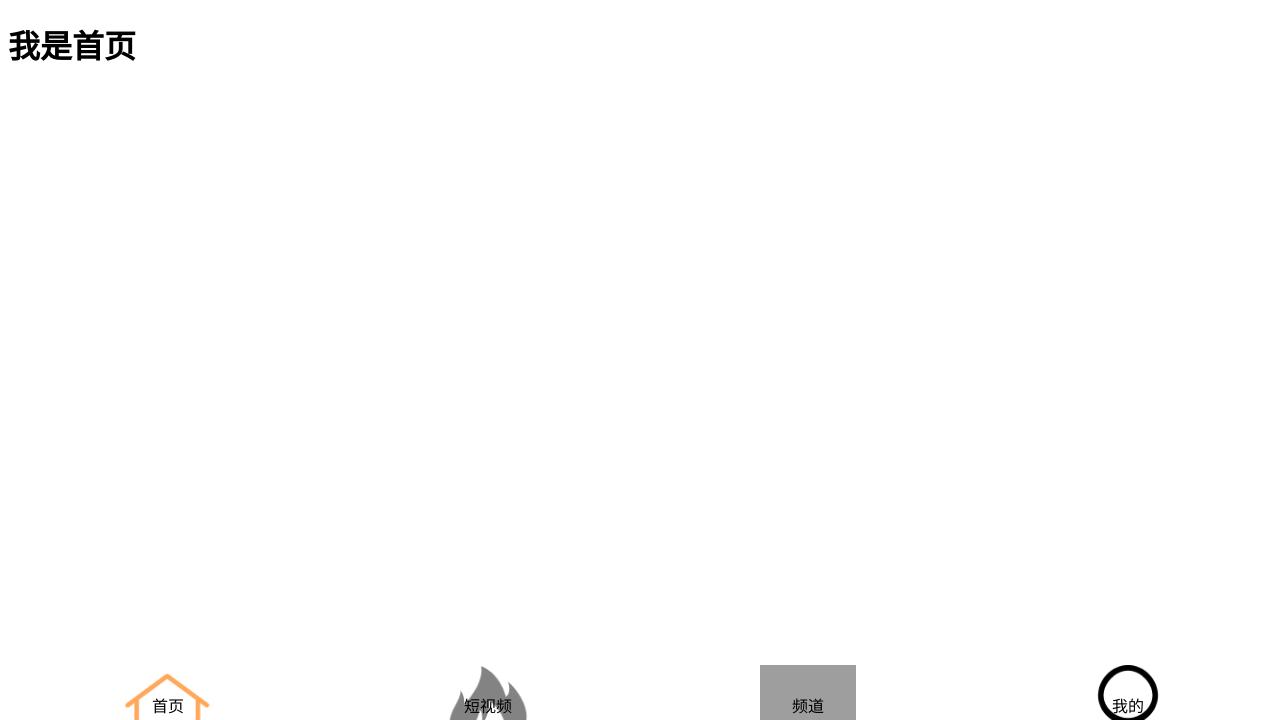
Repository: ITliuxiangyu/H51911Test
Page: video_demo/index.html
The author's editor kept a copy of each file at every save. The page is drawn from the files as they stood at one save, then again after the next save.
The browser window is 1280 px wide. The page is 1288 px wide, so the pictures cover 1288 px, including what lies to the right of the window. The pictures show the whole page.
Pictures or frames that could not be fetched are drawn as grey boxes.

Above is the page before, as saved 2019-12-20 10:24:33.

### video_demo/index.html
<!DOCTYPE html>
<html lang="en">
<head>
    <meta charset="UTF-8">
    <meta name="viewport" content="width=device-width, initial-scale=1.0">
    <meta http-equiv="X-UA-Compatible" content="ie=edge">
    <title>Document</title>
    <link rel="stylesheet" href="./css/index.css">
</head>
<body>
    <div class="app">
        <div class="app_content">
            <div class="shoueye_wrap">
                <h1>我是首页</h1>
            </div>
            <div class="duanshipin_wrap">
                <h1>我是短视频</h1>
            </div>
            <div class="pindao_wrap">
                <h1>我是频道</h1>
            </div>
            <div class="wode_wrap">
                <h1>我是我的</h1>
            </div>
        </div>
        <div class="app_tabbar">
            <div class="tabbar_item">
                <div>
                    <img src="./imgs/shouye_a.png" alt="">
                </div>
                <br />
                <span>首页</span>
            </div>
            <div class="tabbar_item">
                <div>
                    <img src="./imgs/redu.png" alt="">
                </div>
                <br />
                <span>短视频</span>
            </div>
            <div class="tabbar_item">
                <div>
                    <img src="./imgs/pindao.png" alt="">
                </div>
                <br />
                <span>频道</span>
            </div>
            <div class="tabbar_item">
                <div>
                    <img src="./imgs/wode.png" alt="">
                </div>
                <br />
                <span>我的</span>
            </div>
        </div>
    </div>
</body>
<script src="./js/jquery-3.4.1.min.js"></script>
<script src="./js/index.js"></script>
</html>

### video_demo/css/index.css
/* 页面的内容区域部分 */
.app_content{
    width: 100vw;
}
.app_tabbar{
    width: 100vw;
    height: 60px;
    position: fixed;
    bottom: 0px;
    display: flex;
}
/* 底部的四个小块 */
.tabbar_item{
    flex: 1;
    /* border: 1px solid black; */
}
.tabbar_item{
    text-align: center;
    padding-top: 5px;
}
.tabbar_item div{
    height: 10px;
}
.tabbar_item div img{
    width: 30%;
}

/* 四个模块区域 */
.app_content>div{
    width: 100%;
    height: 100%;
    display: none;
}
.app_content>div:nth-child(1){
    display: block;
}

### video_demo/js/index.js
// 内容区域的高度
var screen_h = window.screen.height
var screen_w = window.screen.width

$(".app_content").css({
    "height": screen_h - $(".app_tabbar").outerHeight() + "px"
})

// 底部导航上的图片
var one_img = $(".tabbar_item div img")
one_img.css({
    "height": one_img.width() + "px"
})

// 底部到行上的点击事件
$(".tabbar_item").click(function () {

    var that = this

    var dian_index = $(this).index()

    $(".tabbar_item").each(function (index , item)   {
        if (dian_index == index) {
            var cur_src = $(item).find("img").attr("src")
            if (cur_src.indexOf("_a") == -1) {
                $(item).find("img").attr("src" ,cur_src.replace(".png" , "_a.png"))
            }
        } else {
            var cur_src = $(item).find("img").attr("src")
            $(item).find("img").attr("src" ,cur_src.replace("_a" , ""))

        }
    })


    $(".app_content>div").each(function (index , item) {
        if ($(that).index() == index) {
            $(item).css({
                "display": "block"
            })
        } else {
            $(item).css({
                "display": "none"
            })
        }
    })
})

Loaded but not shown: video_demo/js/jquery-3.4.1.min.js (library)

After the next save:
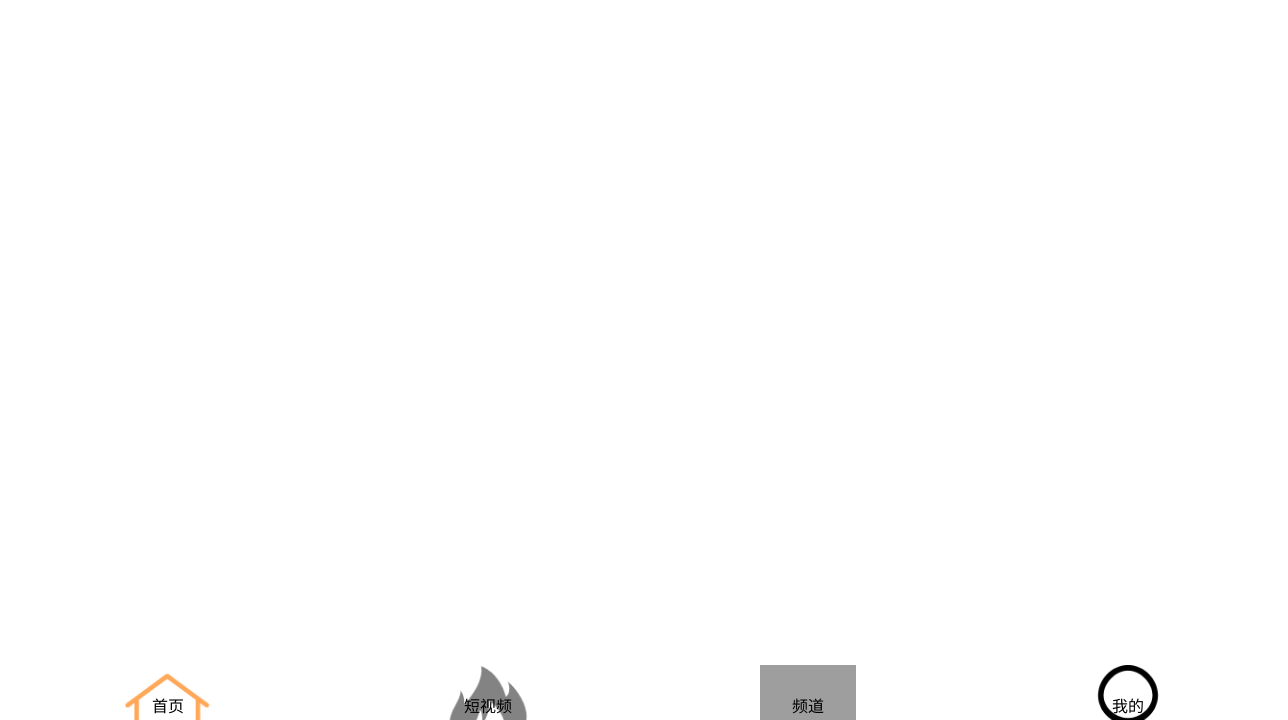
Saved 112 s later.
--- a/video_demo/index.html
+++ b/video_demo/index.html
@@ -11,7 +11,9 @@
     <div class="app">
         <div class="app_content">
             <div class="shoueye_wrap">
-                <h1>我是首页</h1>
+                <div class="search_warp"></div>
+                <div class="lunbo_wrap"></div>
+                <div class="list_wrap"></div>
             </div>
             <div class="duanshipin_wrap">
                 <h1>我是短视频</h1>
